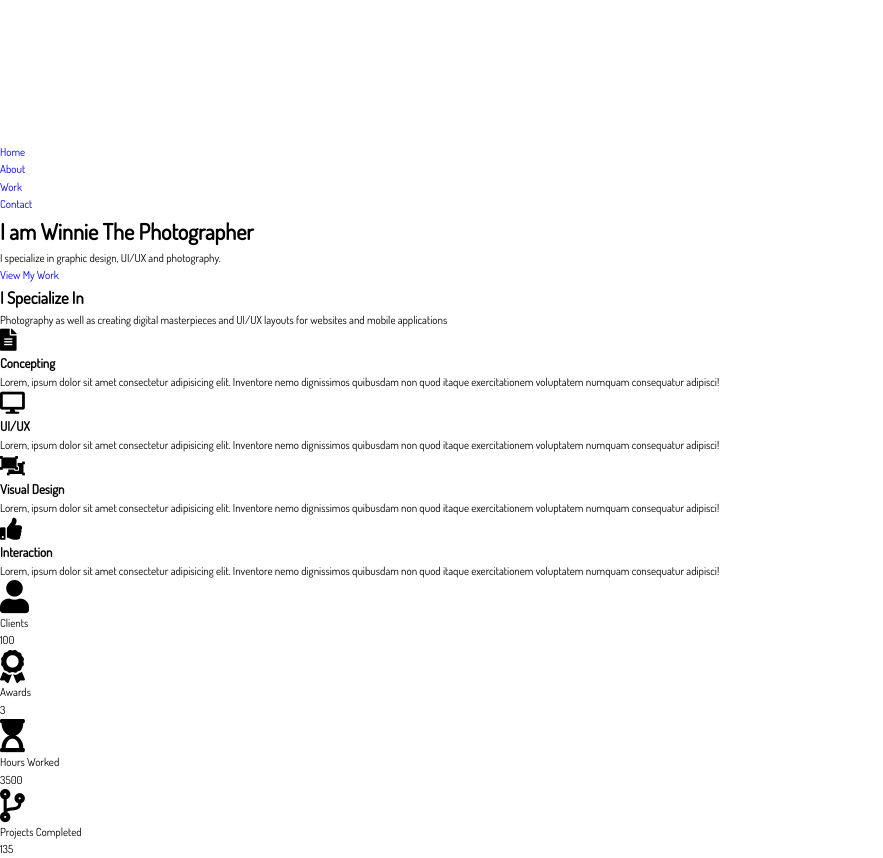
Repository: minhtien9/Portfolio_Website
Page: diet/index.html
The author's editor kept a copy of each file at every save. The page is drawn from the files as they stood at one save, then again after the next save.
The browser window is 1280 px wide. The pictures show the whole page, at 69% of full size.
The style sheet was rebuilt from its Sass, Less or Tailwind sources for each picture, by a compiler version that may differ from the author's.

Above is the page before, as saved 2021-08-28 22:14:04.

After the next save:
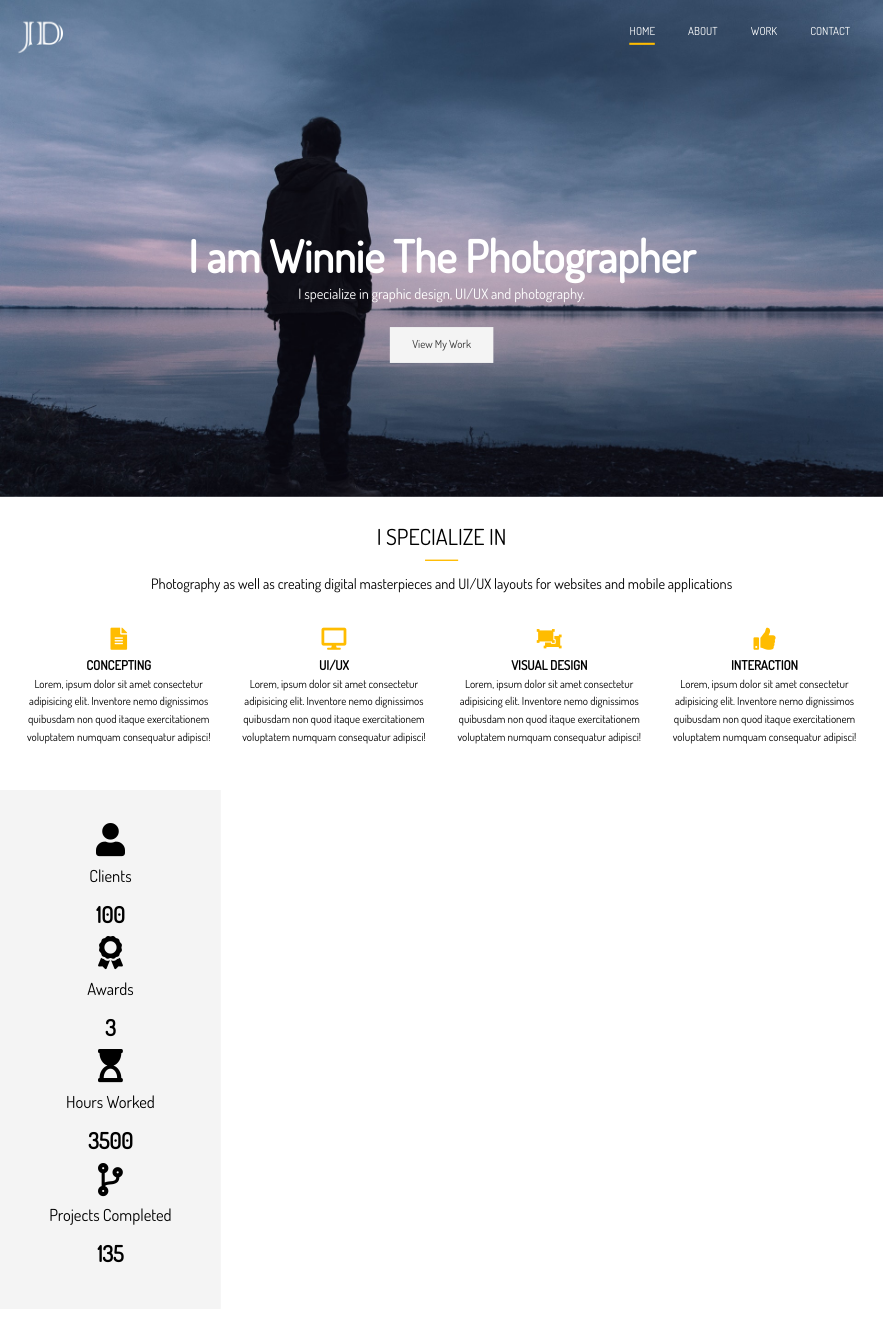
Saved 5 s later.
--- a/diet/index.html
+++ b/diet/index.html
@@ -15,7 +15,7 @@
       href="https://fonts.googleapis.com/css2?family=Dosis&display=swap"
       rel="stylesheet"
     />
-    <link rel="stylesheet" href="css/main.css" />
+    <link rel="stylesheet" href="css/style.css" />
     <title>John Doe || UI/UX Designer & Photographer</title>
   </head>
   <body>
